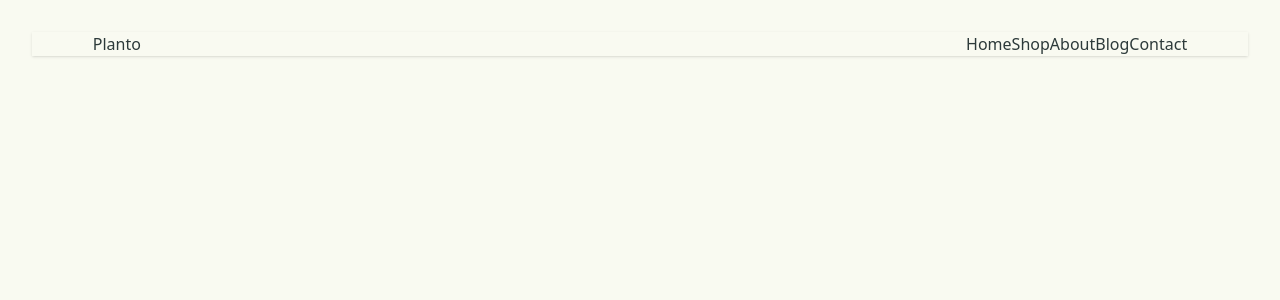
Repository: mazenessam99/Planto
Page: /
These files come from the project's save history. The page is drawn as it stood at one moment and after the next save; the edit follows.
The browser window is 1280 px wide. The pictures show the whole page.
The project was rebuilt for these pictures with package versions that can differ from the ones it lists, and the page was loaded fresh each time. Also part of the build but not shown: vite.config.js, src/components/ui/Button.jsx.

Above is the page before, as saved 2025-11-21 22:02:45.

After the next save:
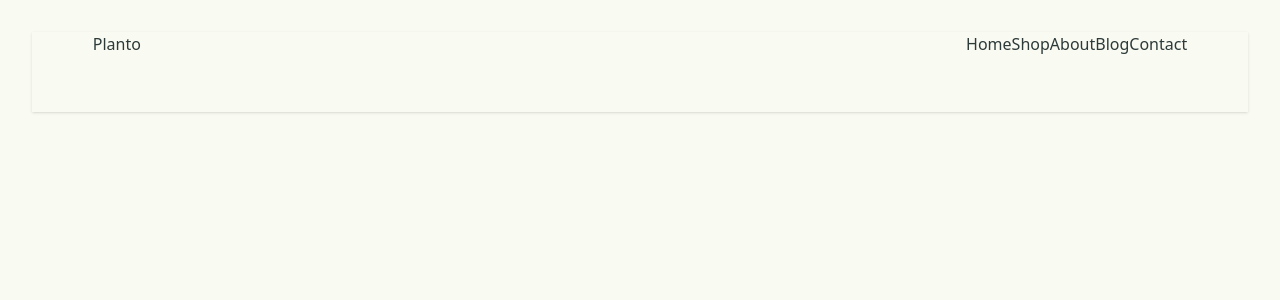
Saved 12 s later.
--- a/src/components/layout/Navbar.jsx
+++ b/src/components/layout/Navbar.jsx
@@ -5,7 +5,7 @@
 
 const Navbar = () => {
     return (
-        <nav className="shadow h-">
+        <nav className="shadow h-20">
             <div className="container flex justify-between items-center">
                 <h1 className="text-primary">Planto</h1>
                 <ul className="flex">

After the 3 saves that followed:
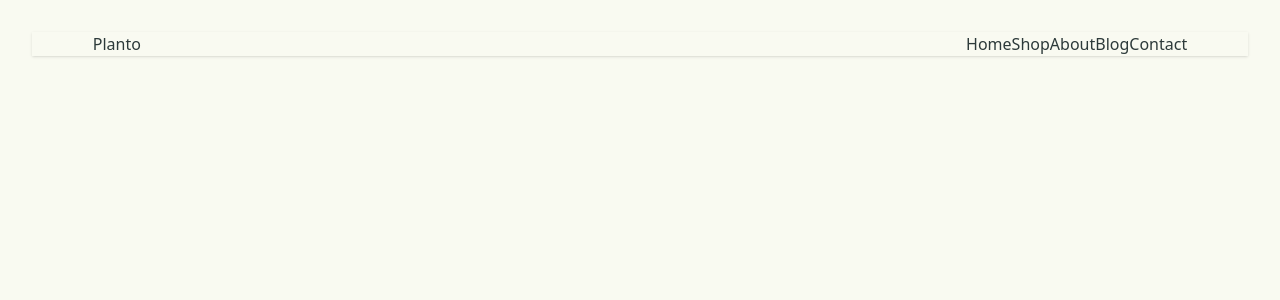
The 3 saves are shown as one change because they came seconds apart.
The last was saved 14 s later.
--- a/src/components/layout/Navbar.jsx
+++ b/src/components/layout/Navbar.jsx
@@ -5,7 +5,7 @@
 
 const Navbar = () => {
     return (
-        <nav className="shadow h-20">
+        <nav className="shadow h-">
             <div className="container flex justify-between items-center">
                 <h1 className="text-primary">Planto</h1>
                 <ul className="flex">
